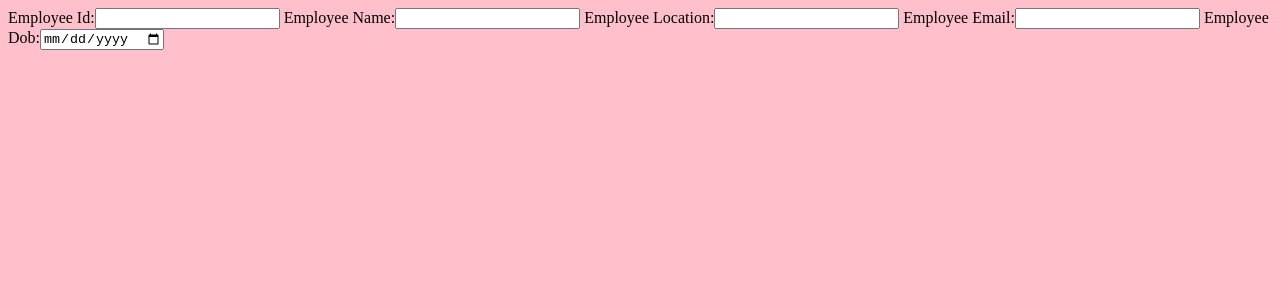
Repository: shaikhreza43/Employee_project
Page: http://localhost/employee_project/saveemployee.jsp
An editor plug-in stored every save of this project. The page is shown before and after the next save, followed by the edit.
The browser window is 1280 px wide. The pictures show the whole page.
The page is served by Tomcat 9. Other server files are loaded and not shown.

Above is the page before, as saved 2018-10-25 09:59:50.

### employee_project/WebContent/saveemployee.jsp
<%@ page language="java" contentType="text/html; charset=ISO-8859-1"
    pageEncoding="ISO-8859-1"%>
<!DOCTYPE html>
<html>
<head>
<meta charset="ISO-8859-1">
<title>Welcome</title>
</head>
<body bgcolor="pink">
<form action="saveemp.do" method="post">

Employee Id:<input type="text" name="id" id="id">
Employee Name:<input type="text" name="name" id="name">
Employee Location:<input type="text" name="location" id="location">
Employee Email:<input type="email" name="email" id="email">
Employee Dob:<input type="date" name="dob" id="dob">





</form>



</body>
</html>

After the next save:
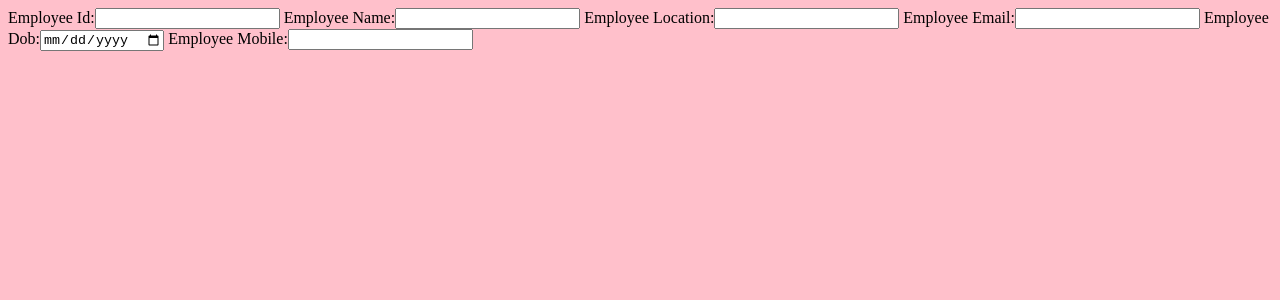
Saved 61 s later.
--- a/employee_project/WebContent/saveemployee.jsp
+++ b/employee_project/WebContent/saveemployee.jsp
@@ -14,6 +14,7 @@ Employee Name:<input type="text" name="name" id="name">
 Employee Location:<input type="text" name="location" id="location">
 Employee Email:<input type="email" name="email" id="email">
 Employee Dob:<input type="date" name="dob" id="dob">
+Employee Mobile:<input type="number" name="phoneNumber" id="phoneNumber">
 
 
 
